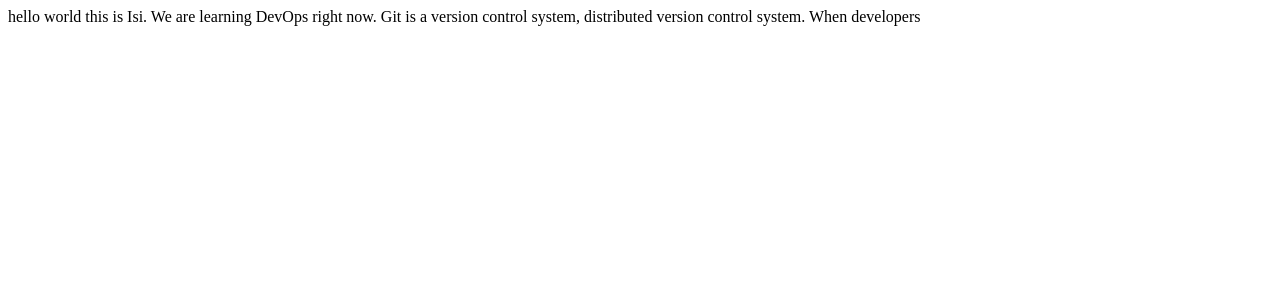
Repository: isipringlejr/simplilearn-caltech
Page: index.html
An editor plug-in stored every save of this project. The page is shown before and after a run of saves, followed by the edit.
The browser window is 1280 px wide. The pictures show the whole page.

Above is the page before, as saved 2024-04-27 11:07:42.

### index.html
hello world this is Isi. We are learning DevOps right now.
Git is a version control system, distributed version control system.
When developers

After the next 3 saves:
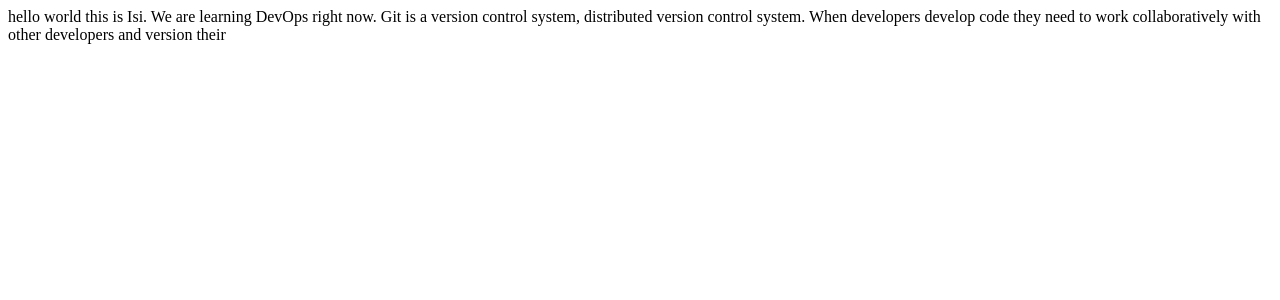
The 3 saves are shown as one change because they came seconds apart.
The last was saved 23 s later.
--- a/index.html
+++ b/index.html
@@ -1,3 +1,3 @@
 hello world this is Isi. We are learning DevOps right now.
 Git is a version control system, distributed version control system.
-When developers
+When developers develop code they need to work collaboratively with other developers and version their
